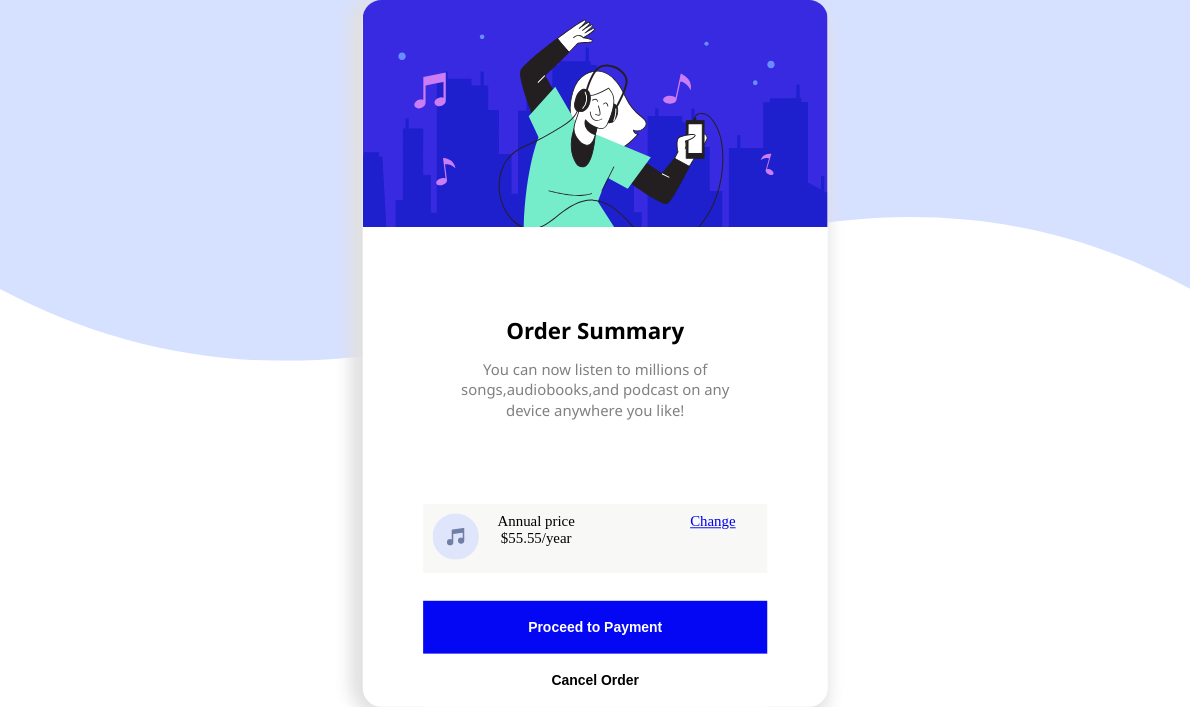
Repository: Eugene44-hub/newbie-project
Page: index.html
An editor plug-in stored every save of this project. The page is shown before and after the next save, followed by the edit.
The browser window is 1280 px wide. The pictures show the whole page, at 93% of full size.

Above is the page before, as saved 2021-08-29 09:57:35.

After the next save:
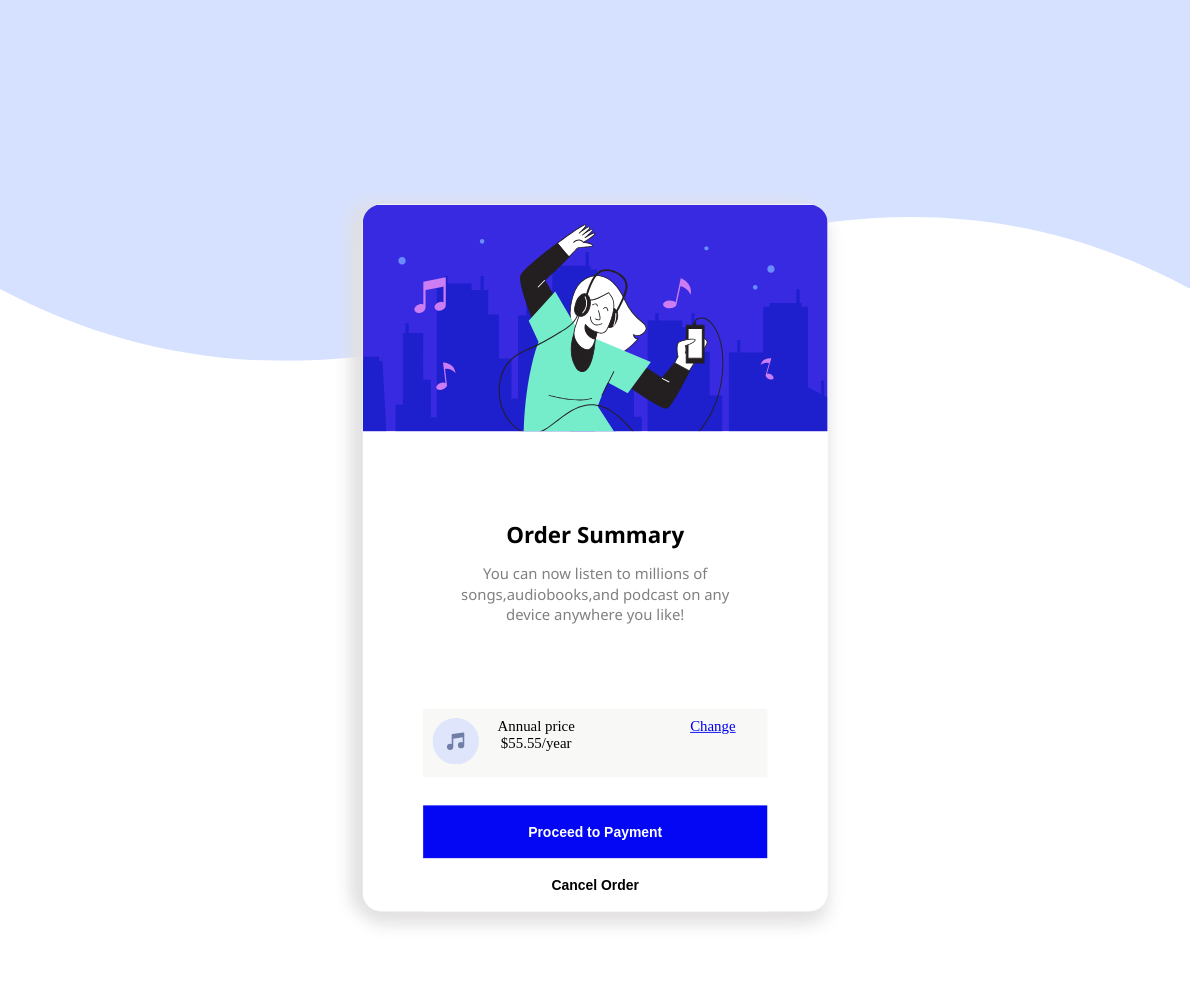
Saved 64 s later.
--- a/style.css
+++ b/style.css
@@ -18,7 +18,10 @@
     width: 100%;
 }
 
-.card {}
+.card {
+    margin-top: 120px;
+    padding: 100px;
+}
 
 img {
     width: 100%;
